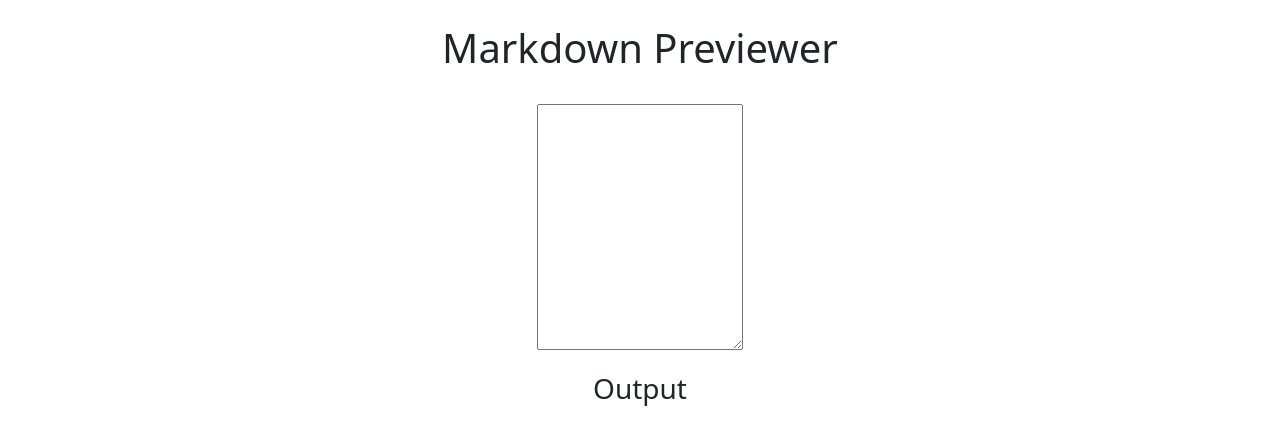
Repository: MikeeBuilds/markdownpreviewer
Page: index.html
The author's editor kept a copy of each file at every save. The page is drawn from the files as they stood at one save, then again after a run of saves.
The browser window is 1280 px wide. The pictures show the whole page.
Some web libraries are served in a nearby version.

Above is the page before, as saved 2023-04-15 14:24:15.

### index.html
<!DOCTYPE html>
<html lang="en">
  <head>
    <meta charset="UTF-8" />
    <meta http-equiv="X-UA-Compatible" content="IE=edge" />
    <meta name="viewport" content="width=device-width, initial-scale=1.0" />
    <link rel="stylesheet" href="https://cdnjs.cloudflare.com/ajax/libs/twitter-bootstrap/5.2.3/css/bootstrap.min.css"/>
    <link rel="stylesheet" href="./style.css" />
    <script
      crossorigin
      src="https://unpkg.com/react@16/umd/react.development.js"
    ></script>
    <script
      crossorigin
      src="https://unpkg.com/react-dom@16/umd/react-dom.development.js"
    ></script>
    <script src="https://cdnjs.cloudflare.com/ajax/libs/marked/4.3.0/marked.min.js"></script>
    <script src="https://unpkg.com/@babel/standalone/babel.min.js"></script>
    <title>Markdown Previewer</title>
  </head>
  <body>
    <div id="root"></div>
    <script type="text/babel" src="./index.js"></script>
  </body>
</html>

### index.js



function App() {
  const [text, setText] = React.useState("");
  return (
    <div className="text-center px-4">
      <h1 className="p-4">Markdown Previewer</h1>
      <textarea
        name="text"
        id="text"
        value={text}
        rows="10"
        className="textarea"
        onChange={(e) => setText(e.target.value)}
      />
        <h3 className="mt-3">Output</h3>
        <Preview markdown={text}></Preview>
    </div>
  );
}

function Preview({ markdown }) {
  return <div></div>;
}

ReactDOM.render(<App />, document.getElementById("root"));

Loaded but not shown: style.css (no stored copy; drawn as an empty file)

After the next 2 saves:
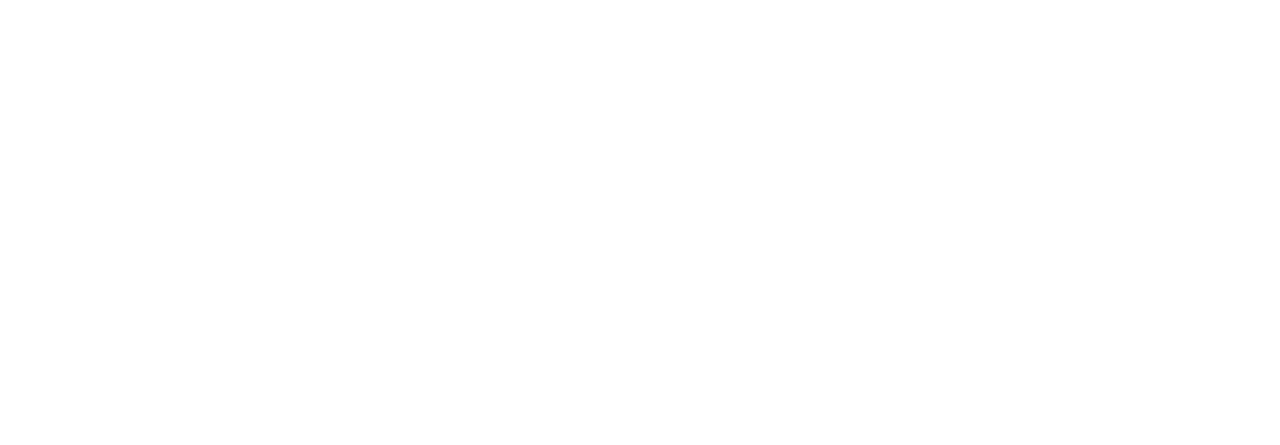
Console error (its wording comes from the project's code and is left out).
The 2 saves are shown as one change because they came seconds apart.
The last was saved 8 s later.
--- a/index.js
+++ b/index.js
@@ -1,4 +1,4 @@
-
+marked.setOptions({
 
 
 function App() {

After the 2 saves that followed:
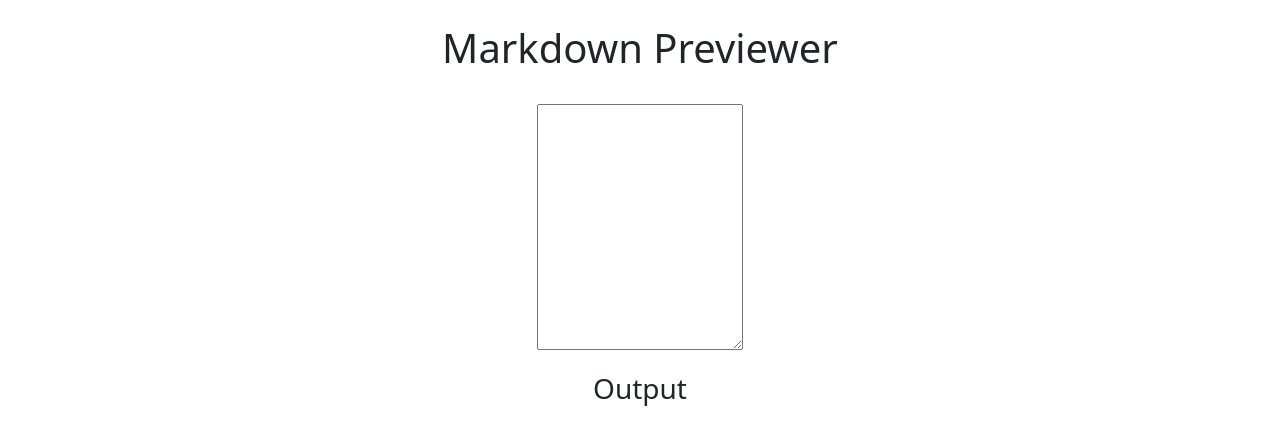
The error is gone.
The 2 saves are shown as one change because they came seconds apart.
The last was saved 6 s later.
--- a/index.js
+++ b/index.js
@@ -1,4 +1,4 @@
-marked.setOptions({
+marked.setOptions({});
 
 
 function App() {
